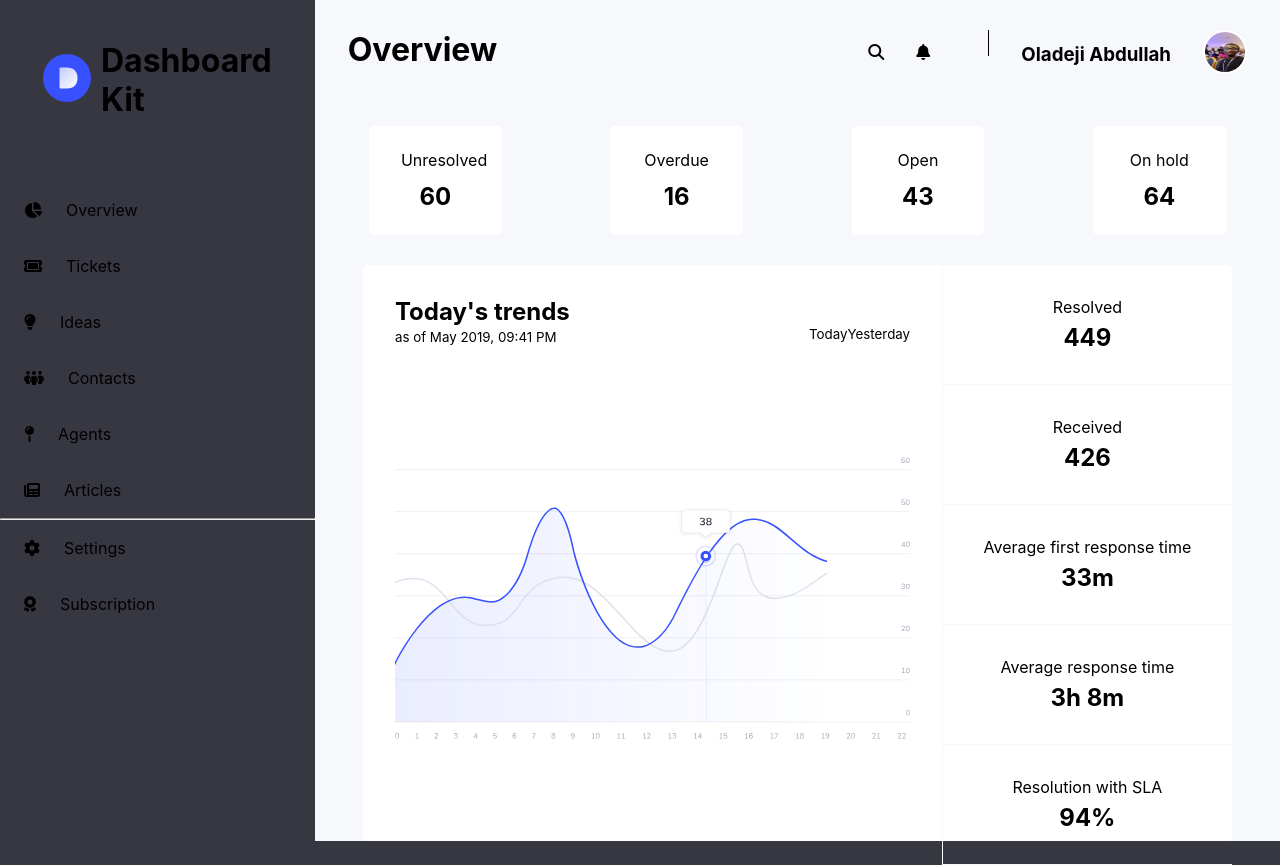
Repository: BuduCE/dashboard
Page: /
These files come from the project's save history. The page is drawn as it stood at one moment and after a run of saves; the edit follows.
The browser window is 1280 px wide. The pictures show the whole page.
Some web libraries are served in a nearby version. The project was rebuilt for these pictures with package versions that can differ from the ones it lists, and the page was loaded fresh each time.

Above is the page before, as saved 2022-08-04 07:47:37.

### public/index.html
<!DOCTYPE html>
<html lang="en">
  <head>
    <meta charset="utf-8" />
    <link rel="icon" href="%PUBLIC_URL%/favicon.ico" />
    <meta name="viewport" content="width=device-width, initial-scale=1" />
    <meta name="theme-color" content="#000000" />
    <meta
      name="description"
      content="Web site created using create-react-app"
    />
    <link rel="apple-touch-icon" href="%PUBLIC_URL%/logo192.png" />
    <!--
      manifest.json provides metadata used when your web app is installed on a
      user's mobile device or desktop. See https://developers.google.com/web/fundamentals/web-app-manifest/
    -->
    <link rel="manifest" href="%PUBLIC_URL%/manifest.json" />
    <!--
      Notice the use of %PUBLIC_URL% in the tags above.
      It will be replaced with the URL of the `public` folder during the build.
      Only files inside the `public` folder can be referenced from the HTML.

      Unlike "/favicon.ico" or "favicon.ico", "%PUBLIC_URL%/favicon.ico" will
      work correctly both with client-side routing and a non-root public URL.
      Learn how to configure a non-root public URL by running `npm run build`.
    -->

    <!-- Font-Awesome  -->
    <link
      rel="stylesheet" href="https://cdnjs.cloudflare.com/ajax/libs/font-awesome/6.1.1/css/all.min.css" integrity="sha512-KfkfwYDsLkIlwQp6LFnl8zNdLGxu9YAA1QvwINks4PhcElQSvqcyVLLD9aMhXd13uQjoXtEKNosOWaZqXgel0g==" crossorigin="anonymous" referrerpolicy="no-referrer"
    />
    <title>Admin Dashboard</title>
  </head>
  <body>
    <noscript>You need to enable JavaScript to run this app.</noscript>
    <div id="root"></div>
    <!--
      This HTML file is a template.
      If you open it directly in the browser, you will see an empty page.

      You can add webfonts, meta tags, or analytics to this file.
      The build step will place the bundled scripts into the <body> tag.

      To begin the development, run `npm start` or `yarn start`.
      To create a production bundle, use `npm run build` or `yarn build`.
    -->
  </body>
</html>

### src/index.css
* {
  margin: 0;
  padding: 0;
  box-sizing: border-box;
}
body {
  margin: 0;
  font-family: -apple-system, BlinkMacSystemFont, 'Segoe UI', 'Roboto', 'Oxygen',
    'Ubuntu', 'Cantarell', 'Fira Sans', 'Droid Sans', 'Helvetica Neue',
    sans-serif;
  -webkit-font-smoothing: antialiased;
  -moz-osx-font-smoothing: grayscale;
  background: rgba(54, 55, 64, 1);
}

code {
  font-family: source-code-pro, Menlo, Monaco, Consolas, 'Courier New',
    monospace;
}

### src/App.js
import './App.css';
// import Overview from './pages/Overview';
// import Header from './components/common/Header';
import Sidenav from './components/common/SideNav';
// import Login from './pages/Login';

function App() {
  return (
    <div className="App">
      <Sidenav />
    </div>
  );
}

export default App;

### src/components/common/SideNav/index.jsx
import React from 'react'
import Overview from '../../../pages/Overview'
import Header from '../Header'
import Logo from '../Logo'
import './styles.css'

const Sidenav = () => {
  return (
    <div className='dashboard'>
        <div className="navbar">
            <div className="logo">
                <Logo />
                <h1>Dashboard Kit</h1>
            </div>
            <div className="heading">
                <i className='fas fa-chart-pie'></i>
                <p>Overview</p>
            </div>
            <div className="heading">
                <i className='fas fa-ticket'></i>
                <p>Tickets</p>
            </div>
            <div className="heading">
                <i className='fas fa-lightbulb'></i>
                <p>Ideas</p>
            </div>
            <div className="heading">
                <i className='fas fa-people-group'></i>
                <p>Contacts</p>
            </div>
            <div className="heading">
                <i className='fas fa-map-pin'></i>
                <p>Agents</p>
            </div>
            <div className="heading">
                <i className='fas fa-newspaper'></i>
                <p>Articles</p>
            </div>
            <hr />
            <div className="heading">
                <i className='fas fa-gear'></i>
                <p>Settings</p>
            </div>
            <div className="heading">
                <i className='fas fa-award'></i>
                <p>Subscription</p>
            </div>

        </div>
        <div className="info">
            <Header />
            <Overview />
        </div>
    </div>
  )
}

export default Sidenav

### src/pages/Overview/index.jsx
import React from 'react'
import './styles.css'
import TrendMap from './graph.svg'

const Overview = () => {
  return (
    <div className='overview_pg'>
        {/* Specific status */}
        <div className="overview_stat">
            <div className="overview_info">
                <p>Unresolved</p>
                <h2>60</h2>
            </div>
            <div className="overview_info">
                <p>Overdue</p>
                <h2>16</h2>
            </div>
            <div className="overview_info">
                <p>Open</p>
                <h2>43</h2>
            </div>
            <div className="overview_info">
                <p>On hold</p>
                <h2>64</h2>
            </div>
        </div>

        {/* Today's trend */}
        <div className="trends">
            <div className="trends_head">
                <div className="trends_headT">
                    <div className="trend_title">
                        <h2>Today's trends</h2>
                    </div>
                    <div className="trend_title_stat">
                        <div className="trend_date">
                            <small>as of May 2019, 09:41 PM</small>
                        </div>
                        <div className="trend_day">
                            <small>Today</small>
                            <small>Yesterday</small>
                        </div>
                    </div>
                </div>

                <div className="trends_headB">
                    <img src={TrendMap} alt="Trend Chart" />
                </div>
            </div>

            <div className="trends_summary">
                <div className="summary_type">
                    <p>Resolved</p>
                    <h2>449</h2>
                </div>
                <div className="summary_type">
                    <p>Received</p>
                    <h2>426</h2>
                </div>
                <div className="summary_type">
                    <p>Average first response time</p>
                    <h2>33m</h2>
                </div>
                <div className="summary_type">
                    <p>Average response time</p>
                    <h2>3h 8m</h2>
                </div>
                <div className="summary_type">
                    <p>Resolution with SLA</p>
                    <h2>94%</h2>
                </div>
            </div>
        </div>

        <div className="ticket_n_task">
            <div className="ticket">
                <div className="ticket_head">
                    <div className="ticket_title">
                        <h2></h2>
                    </div>
                </div>
            </div>
            <div className="task"></div>
        </div>
    </div>
  )
}

export default Overview

### src/components/common/Header/index.jsx
import React from 'react'
import './styles.css'
import budu from './budu.jpg'

const Header = () => {
  return (
    <div className='head_er'>
        <div className="headerL">
            <h1>Overview</h1>
        </div>
        <div className="headerR">
            <i className='fas fa-magnifying-glass icon'></i>
            <i className='fas fa-bell icon bell'></i>
            <h3>Oladeji Abdullah</h3>
            <img src={budu} alt="" />
        </div>
    </div>
  )
}

export default Header

### src/components/common/Logo/index.jsx
import React from 'react'
import companyLogo from './logo.svg'

const Logo = () => {
  return (
    <div>
        <img src={companyLogo} alt="" />
    </div>
  )
}

export default Logo

### src/components/common/SideNav/styles.css
.dashboard{
    display: grid;
    grid-template-columns: 1fr 4fr;
}
.navbar{
    padding: 41px 0;
}
.logo{
    display: flex;
    padding: 43px 43px;
    padding-bottom: 63px;
    padding-top: 0;
    align-items: center;
}
.logo h1{
    margin-left: 10px;
}
.heading{
    width: 100%;
    display: flex;
    padding: 18px 24px;
    align-items: center;
}
.heading p{
    margin-left: 24px;
}
.heading:hover{
    border-left: 1px solid #fff;
    color: #fff;
}
.info{
    background: #F7F8FC;
    /* height: 100vh; */
}

### src/pages/Overview/styles.css
.overview_pg{
    margin-top: 54px;
}
.overview_stat{
    display: grid;
    grid-template-columns: 1fr 1fr 1fr 1fr;
    /* justify-content: space-evenly; */
    width: 100%;
}
.overview_info{
    display: flex;
    flex-direction: column;
    text-align: center;
    /* border: 1px solid; */
    border-radius: 5px;
    padding: 24px 32px;
    background: #fff;
    box-shadow: 15px;
    width: 55%;
    margin: auto;
}
.overview_info p{
    padding-bottom: 12px;
}

/* trend  */
.trends{
    width: 90%;
    background: #fff;
    margin: auto;
    border-radius: 5px;
    height: 80vh;
    margin-top: 30px;
    display: grid;
    grid-template-columns: 2fr 1fr;
    margin-top: 30px;
}
.trends_head{
    padding: 32px;
}
.trend_title_stat{
    display: flex;
    justify-content: space-between;
}
.trend_day{
    display: flex;
    justify-content: space-evenly;
}
.trends_headB img{
    width: 100%;
    margin-top: 54px;
    height: 55vh;
}

/* summary  */
.trends_summary{
    display: grid;
    grid-template-rows: 1fr 1fr 1fr 1fr 1fr;
}
.summary_type{
    padding: 32px;
    border-left: 1px solid #F7F8FC;
    border-bottom: 1px solid #F7F8FC;
    text-align: center;
}
.summary_type p{
    margin-bottom: 6px;
}

### src/components/common/Header/styles.css
.head_er{
    display: flex;
    justify-content: space-between;
    width: 100%;
    height: 10vh;
    padding: 30px 33px;
}
.headerR{
    display: flex;
    justify-content: space-between;
    /* align-items: center; */
}
.icon{
    width: 16px;
    height: 16px;
    padding: 14px 24px;
}
.bell{
    padding-right: 72px;
}
.headerR h3{
    padding: 13px 32px;
    border-left: 1px solid #000;
}
.headerR img{
    width: 44px;
    height: 44px;
    border-radius: 50%;
    border: 2px solid #fff;
}

Loaded but not shown: src/index.js (common file); src/reportWebVitals.js (common file); src/App.css (common file)

After the next 2 saves:
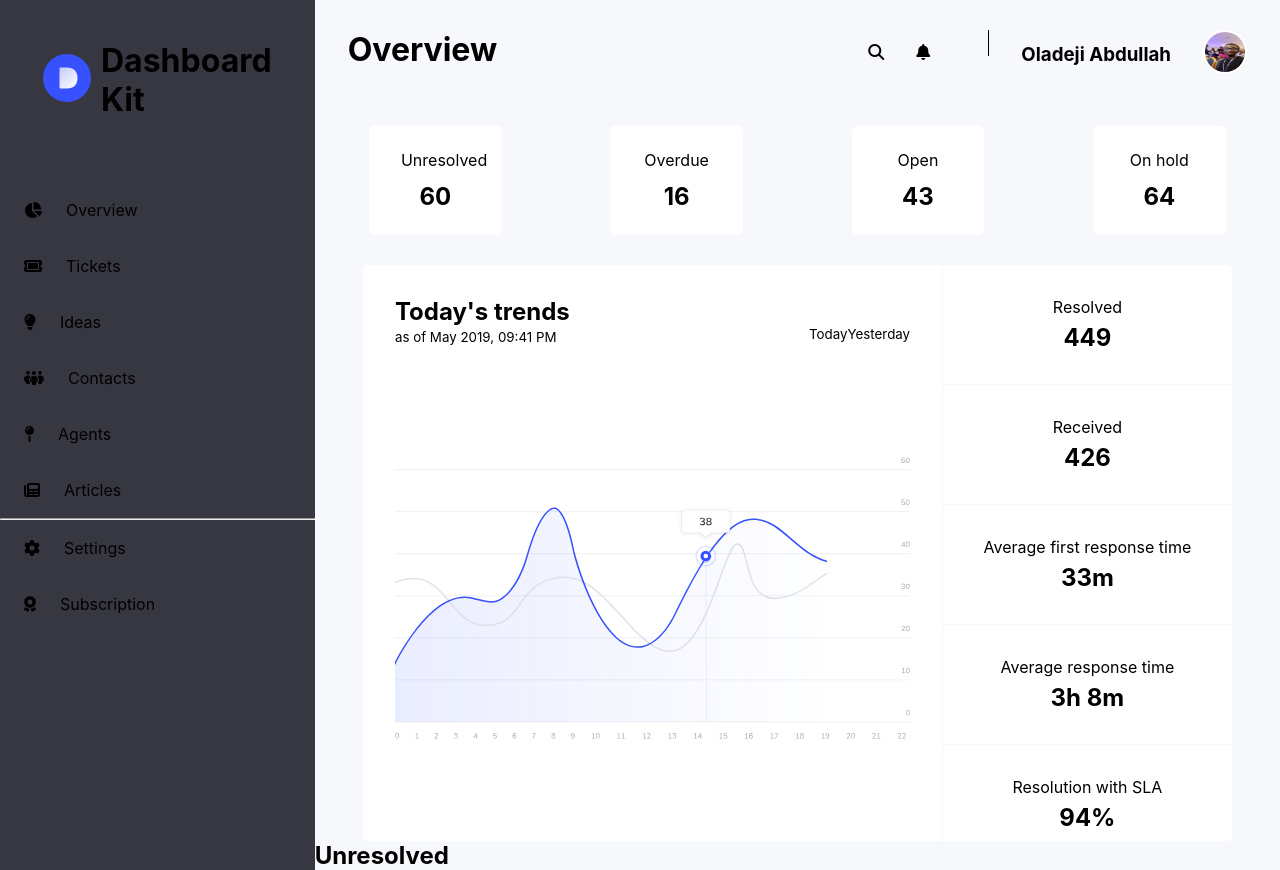
The 2 saves are shown as one change because they came seconds apart.
The last was saved 7 s later.
--- a/src/pages/Overview/index.jsx
+++ b/src/pages/Overview/index.jsx
@@ -76,7 +76,7 @@ const Overview = () => {
             <div className="ticket">
                 <div className="ticket_head">
                     <div className="ticket_title">
-                        <h2></h2>
+                        <h2>Unresolved </h2>
                     </div>
                 </div>
             </div>
